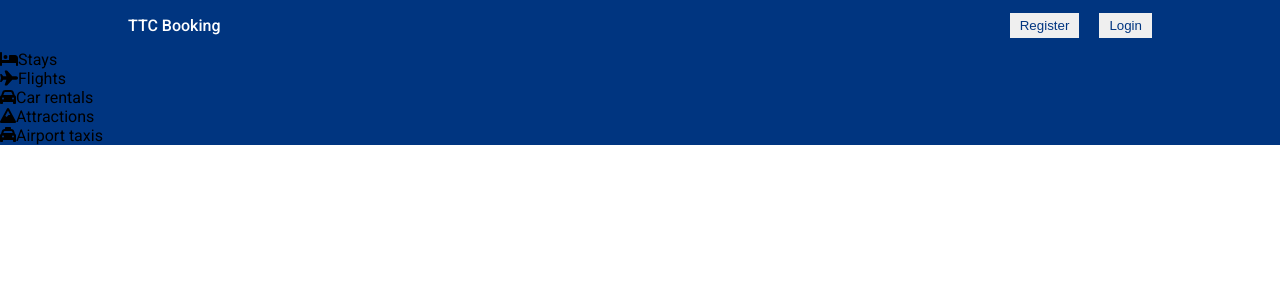
Repository: CarsonDev1/booking-app
Page: /
An editor plug-in stored every save of this project. The page is shown before and after the next save, followed by the edit.
The browser window is 1280 px wide. The pictures show the whole page.
The project was rebuilt for these pictures with package versions that can differ from the ones it lists, and the page was loaded fresh each time. Also part of the build but not shown: src/pages/home/home.css, src/pages/hotel/Hotel.jsx, src/pages/list/List.jsx.

Above is the page before, as saved 2022-12-03 00:36:07.

### public/index.html
<!DOCTYPE html>
<html lang="en">

<head>
  <meta charset="utf-8" />
  <link rel="icon" href="%PUBLIC_URL%/favicon.ico" />
  <meta name="viewport" content="width=device-width, initial-scale=1" />
  <meta name="theme-color" content="#000000" />
  <meta name="description" content="Web site created using create-react-app" />
  <link rel="apple-touch-icon" href="%PUBLIC_URL%/logo192.png" />
  <!--
      manifest.json provides metadata used when your web app is installed on a
      user's mobile device or desktop. See https://developers.google.com/web/fundamentals/web-app-manifest/
    -->
  <link rel="manifest" href="%PUBLIC_URL%/manifest.json" />
  <link rel="preconnect" href="https://fonts.googleapis.com">
  <link rel="preconnect" href="https://fonts.gstatic.com" crossorigin>
  <link
    href="https://fonts.googleapis.com/css2?family=Poppins:ital,wght@0,400;0,500;0,600;0,700;0,800;1,400;1,500;1,600;1,700&family=Roboto:ital,wght@0,300;0,400;0,500;0,700;1,300;1,400;1,500;1,700&display=swap"
    rel="stylesheet">
  <!--
      Notice the use of %PUBLIC_URL% in the tags above.
      It will be replaced with the URL of the `public` folder during the build.
      Only files inside the `public` folder can be referenced from the HTML.

      Unlike "/favicon.ico" or "favicon.ico", "%PUBLIC_URL%/favicon.ico" will
      work correctly both with client-side routing and a non-root public URL.
      Learn how to configure a non-root public URL by running `npm run build`.
    -->
  <title>React App</title>
</head>

<body>
  <noscript>You need to enable JavaScript to run this app.</noscript>
  <div id="root"></div>
  <!--
      This HTML file is a template.
      If you open it directly in the browser, you will see an empty page.

      You can add webfonts, meta tags, or analytics to this file.
      The build step will place the bundled scripts into the <body> tag.

      To begin the development, run `npm start` or `yarn start`.
      To create a production bundle, use `npm run build` or `yarn build`.
    -->
</body>

</html>

### src/index.css
body {
	margin: 0;
	padding: 0;
	box-sizing: border-box;
	font-family: "Roboto", sans-serif;
}

### src/App.js
import { BrowserRouter, Routes, Route } from "react-router-dom";
import Home from "./pages/home/Home";
import Hotel from "./pages/hotel/Hotel";
import List from "./pages/list/List";
function App() {
	return (
		<BrowserRouter>
			<Routes>
				<Route path="/" element={<Home />} />
				<Route path="/hotels" element={<List />} />
				<Route path="/hotels/:id" element={<Hotel />} />
			</Routes>
		</BrowserRouter>
	);
}

export default App;

### src/pages/home/Home.jsx
import Header from "../../components/header/Header";
import Navbar from "../../components/navbar/Navbar";
import "./home.css";

const Home = () => {
	return (
		<div>
			<Navbar />
			<Header />
		</div>
	);
};

export default Home;

### src/components/header/Header.jsx
import {
	faBed,
	faCar,
	faMountain,
	faPlane,
	faTaxi,
} from "@fortawesome/free-solid-svg-icons";
import { FontAwesomeIcon } from "@fortawesome/react-fontawesome";
import "./header.css";

const Header = () => {
	return (
		<div className="header">
			<div className="headerContainer">
				<div className="headerList">
					<div className="headerListItem">
						<FontAwesomeIcon icon={faBed} />
						<span>Stays</span>
					</div>
					<div className="headerListItem">
						<FontAwesomeIcon icon={faPlane} />
						<span>Flights</span>
					</div>
					<div className="headerListItem">
						<FontAwesomeIcon icon={faCar} />
						<span>Car rentals</span>
					</div>
					<div className="headerListItem">
						<FontAwesomeIcon icon={faMountain} />
						<span>Attractions</span>
					</div>
					<div className="headerListItem">
						<FontAwesomeIcon icon={faTaxi} />
						<span>Airport taxis</span>
					</div>
				</div>
			</div>
		</div>
	);
};

export default Header;

### src/components/navbar/Navbar.jsx
import "./navbar.css";

const NavBar = () => {
	return (
		<div className="navbar">
			<div className="navContainer">
				<span className="logo">TTC Booking</span>
				<div className="navItems">
					<button className="navButton">Register</button>
					<button className="navButton">Login</button>
				</div>
			</div>
		</div>
	);
};

export default NavBar;

### src/components/header/header.css
.header {
	background-color: #003580;
}

### src/components/navbar/navbar.css
.navbar {
	height: 50px;
	background-color: #003580;
	display: flex;
	justify-content: center;
}
.navContainer {
	width: 100%;
	max-width: 1024px;
	color: white;
	display: flex;
	align-items: center;
	justify-content: space-between;
}
.logo {
	font-weight: 500;
}
.navButton {
	margin-left: 20px;
	border: none;
	padding: 5px 10px;
	cursor: pointer;
	color: #003580;
}

Loaded but not shown: src/index.js (common file)

After the next save:
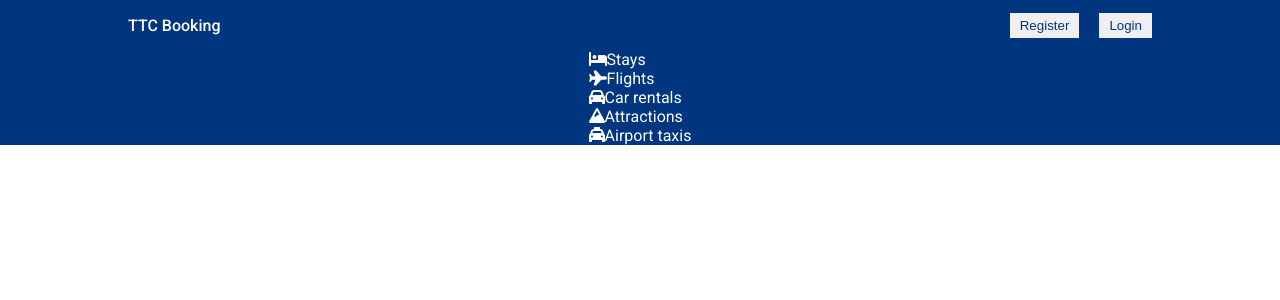
Saved 11 s later.
--- a/src/components/header/header.css
+++ b/src/components/header/header.css
@@ -1,3 +1,6 @@
 .header {
 	background-color: #003580;
+	color: white;
+	display: flex;
+	justify-content: center;
 }
